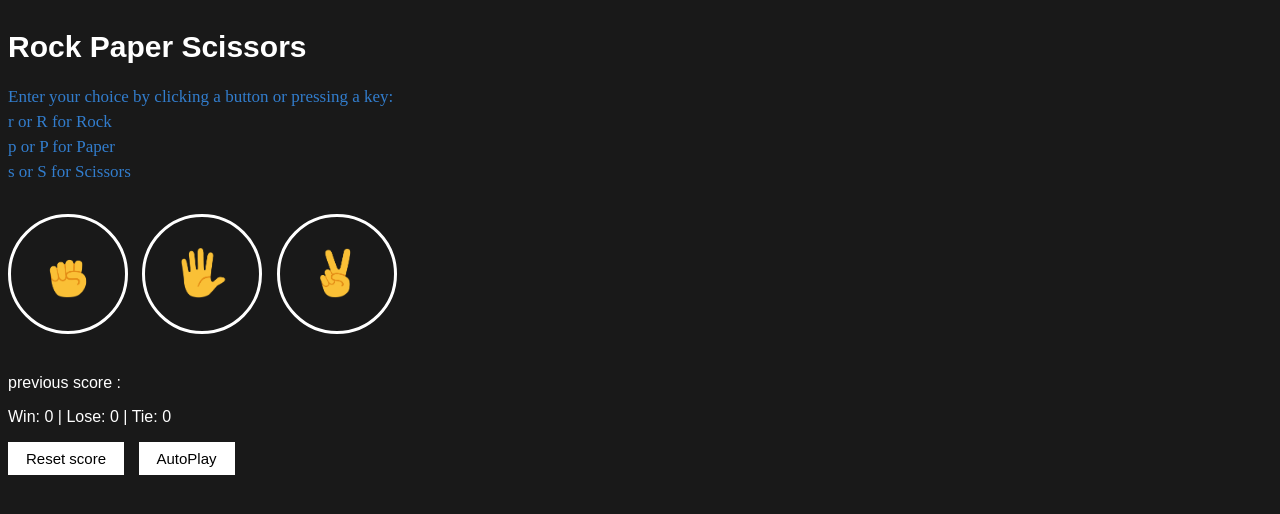
Repository: Gaurav124937/javascript
Page: html/08-rock-paper-scissors-evetlistner.html
These files come from the project's save history. The page is drawn as it stood at one moment and after the next save; the edit follows.
The browser window is 1280 px wide. The pictures show the whole page.

Above is the page before, as saved 2026-04-06 21:40:00.

### html/08-rock-paper-scissors-evetlistner.html
<!DOCTYPE html>
<html lang="en">

<head>
    <meta charset="UTF-8">
    <meta name="viewport" content="width=device-width, initial-scale=1.0">
    <title>Document</title>
    <link rel="stylesheet" href="../css/rock-paper-scisssor-autoplay.css">
</head>



<body>
    <p class="title">Rock Paper Scissors</p>
    <p class="instructions">Enter your choice by clicking a button or pressing a key:</p>
    <p class="instructions">r or R for Rock</p>
    <p class="instructions">p or P for Paper</p>
    <p class="instructions">s or S for Scissors</p>
    <button  class="game-button rock-button">
        <img src="../images/rock-emoji.png" class="button-emoji"></button>
    <button  class="game-button paper-button">
        <img src="../images/paper-emoji.png" class="button-emoji"></button>
    <button  class="game-button scissors-button">
        <img src="../images/scissors-emoji.png" class="button-emoji"></button>
    <p class="displayresult"></p>
    <p class="choices"></p>
    <p class="js-previous-score previous"> previous score :</p>
    <p class="score-display"></p>
    <button onclick="resetScore() " class="reset-score">Reset score</button>
    <button onclick="autoPlay()" class="auto-play-button">AutoPlay</button>
    <script src="../js/rock-paper-scisssor-autoplay-eventlistner.js"></script>
</body>


</html>

### css/rock-paper-scisssor-autoplay.css
body {
    font-family: Arial, sans-serif;
    color: white;
    background-color: rgb(25, 25, 25);
}

.title {
    font-size: 30px;
    font-weight: bold;
    margin-bottom: 30px;
}

.game-button {
    width: 120px;
    height: 120px;
    border-radius: 90px;
    background-color: rgb(25, 25, 25);
    border: 3px solid white;
    margin-right: 10px;
    cursor: pointer;
    margin-top: 20px;
}

.button-emoji {
    width: 50px;
}

.result-display {
    font-size: 25px;
    font-weight: bold;
    margin-top: 50px;
}

.choice-display {
    font-size: 15px;
    margin-top: 20px;
    vertical-align: top;
}

.previous {
    margin-top: 40px;
}

.reset-score {
    padding: 8px 18px;
    font-size: 15px;
    background-color: white;
    color: black;
    border: none;
    cursor: pointer;
}

.auto-play-button {
    padding: 8px 18px;
    font-size: 15px;
    background-color: white;
    color: black;
    border: none;
    cursor: pointer;
    margin-left: 10px;
}

.instructions {
    color: rgb(50, 125, 205);
    font-size: 17px;
    margin-bottom: 20px;
    font-family: 'Times New Roman', Times, serif;
    line-height: 0.3;
}

### js/rock-paper-scisssor-autoplay-eventlistner.js
const score = localStorage.getItem('score') ? JSON.parse(localStorage.getItem('score')) : { win: 0, lose: 0, tie: 0 };

updateScoreElement();

//function to play the game

function ComputerChoice() {
    let randomNumber = Math.random();
    let ComputerChoice = '';
    if (randomNumber > 0 && randomNumber < 1 / 3) {
        ComputerChoice = 'rock';
    } else if (randomNumber > 1 / 3 && randomNumber < 2 / 3) {
        ComputerChoice = 'paper';
    } else {
        ComputerChoice = 'scissors';
    }
    return ComputerChoice;
}


    //main game function
        document.querySelector('.rock-button').addEventListener('click', () => playGame('rock'));
        document.querySelector('.paper-button').addEventListener('click', () => playGame('paper'));
        document.querySelector('.scissors-button').addEventListener('click', () => playGame('scissors'));


        document.body.addEventListener('keydown', (event) => {
            if (event.key === 'r' || event.key === 'R') {
                playGame('rock');
            } else if (event.key === 'p' || event.key === 'P') {
                playGame('paper');
            } else if (event.key === 's' || event.key === 'S') {
                playGame('scissors');
            }
        });



function playGame(playerChoice) {
    document.querySelector('.js-previous-score').innerHTML = '';


    let returnedComputerChoice = ComputerChoice();

    //function to compare choices and determine result
    function copmarison() {
        let result = '';
        if (playerChoice === returnedComputerChoice) {
            score.tie++;
            result = 'Tie';
        } else if (
            (playerChoice === 'rock' && returnedComputerChoice === 'scissors') ||
            (playerChoice === 'paper' && returnedComputerChoice === 'rock') ||
            (playerChoice === 'scissors' && returnedComputerChoice === 'paper')
        ) {
            score.win++;
            result = "You win.";
        } else {
            score.lose++;
            result = "You lose.";
        }
        //store score in local storage
        localStorage.setItem('score', JSON.stringify(score));
        return result;
    }




    //display results on the webpage
    const resultElement = document.querySelector('.displayresult');
    resultElement.innerText = copmarison();
    resultElement.classList.add('result-display');


    //display choices
    const choiceElement = document.querySelector('.choices');

    choiceElement.innerHTML = `You chose: <img src="../images/${playerChoice}-emoji.png" class="button-emoji"> | Computer chose: <img src="../images/${returnedComputerChoice}-emoji.png" class="button-emoji">`;
    choiceElement.classList.add('choice-display');

    //display score
    updateScoreElement();



}
//function to reset score
function resetScore() {
    score.win = 0;
    score.lose = 0;
    score.tie = 0;
    localStorage.removeItem('score');
    alert(`Scores have been reset.`);
    updateScoreElement();
    document.querySelector('.choices').innerText = '';
    document.querySelector('.displayresult').innerText = '';

}

function updateScoreElement() {
    document.querySelector('.score-display').innerText = `Win: ${score.win} | Lose: ${score.lose} | Tie: ${score.tie}`;
}


let isAutoPlaying = false;
let autoPlayInterval;
function autoPlay() {
    if(!isAutoPlaying){
        autoPlayInterval = setInterval(function(){
        let playerMove=ComputerChoice();
        playGame(playerMove);
    }, 1000);
    isAutoPlaying=true;
    }
    else{
        clearInterval(autoPlayInterval);
        isAutoPlaying=false;
    }
}

After the next save:
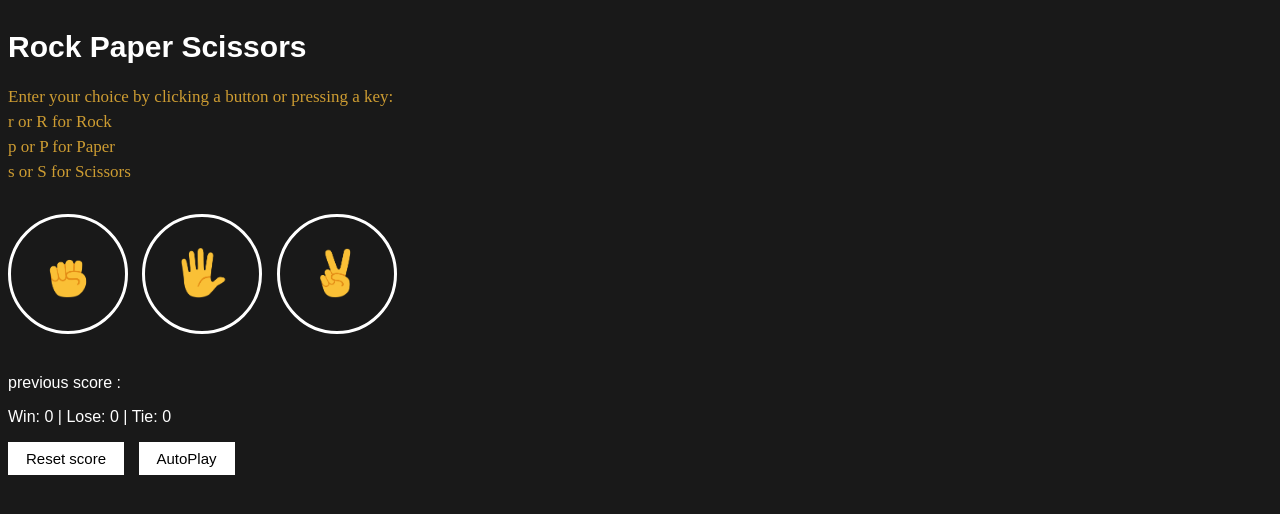
Saved 11 s later.
--- a/css/rock-paper-scisssor-autoplay.css
+++ b/css/rock-paper-scisssor-autoplay.css
@@ -61,7 +61,7 @@ body {
 }
 
 .instructions {
-    color: rgb(50, 125, 205);
+    color: rgb(205, 156, 50);
     font-size: 17px;
     margin-bottom: 20px;
     font-family: 'Times New Roman', Times, serif;
